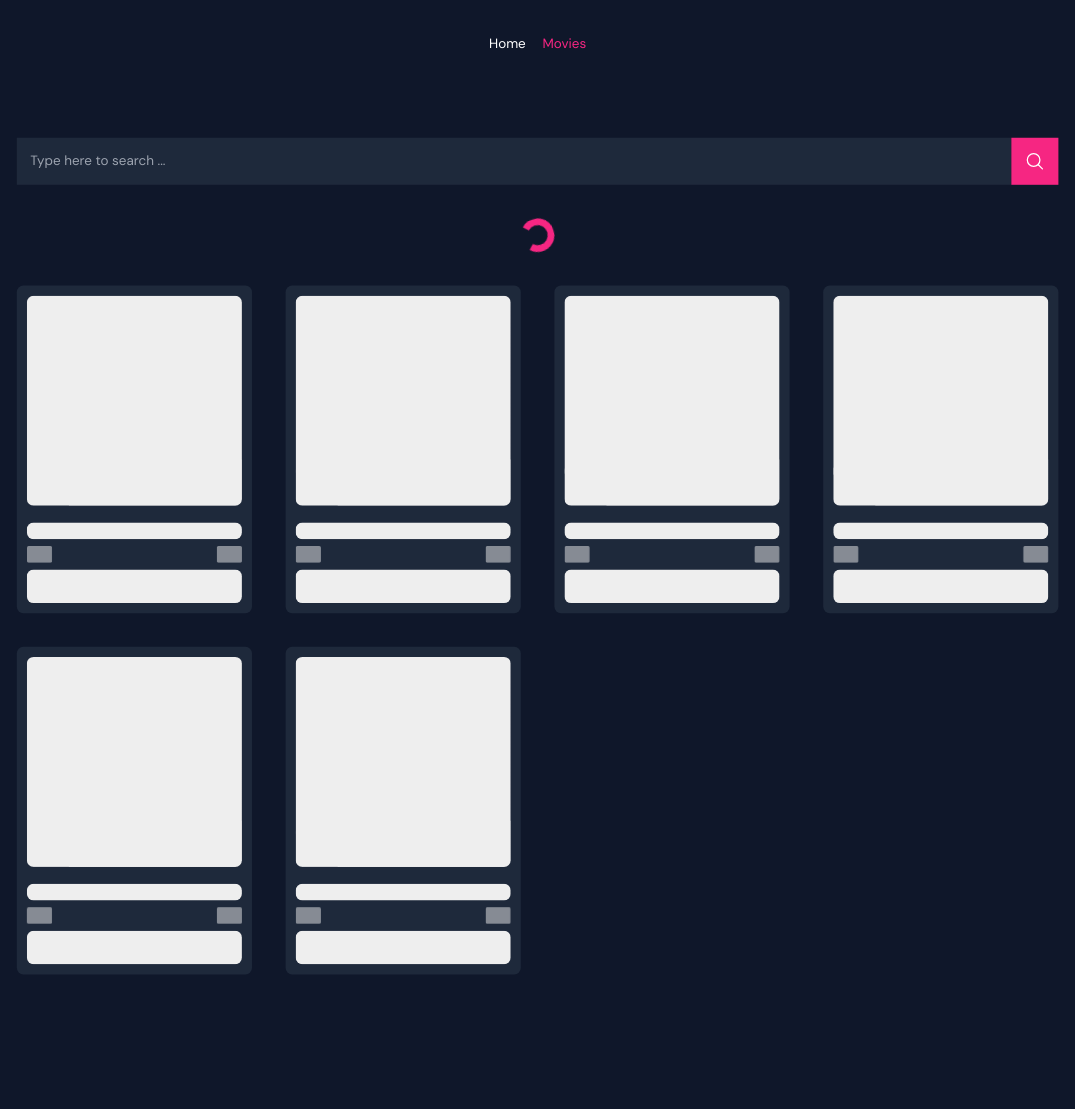
Repository: thanhdinh01/simple-movie
Page: /movies
An editor plug-in stored every save of this project. The page is shown before and after the next save, followed by the edit.
The browser window is 1280 px wide. The pictures show the whole page, at 84% of full size.
The page's requests for data from a server got no answer. The project was rebuilt for these pictures with package versions that can differ from the ones it lists, and the page was loaded fresh each time. No one was signed in, and anything a server would have sent is missing. Also part of the build but not shown: src/components/button/Button.js, src/components/banner/Banner.js.

Above is the page before, as saved 2023-03-09 10:28:36.

After the next save:
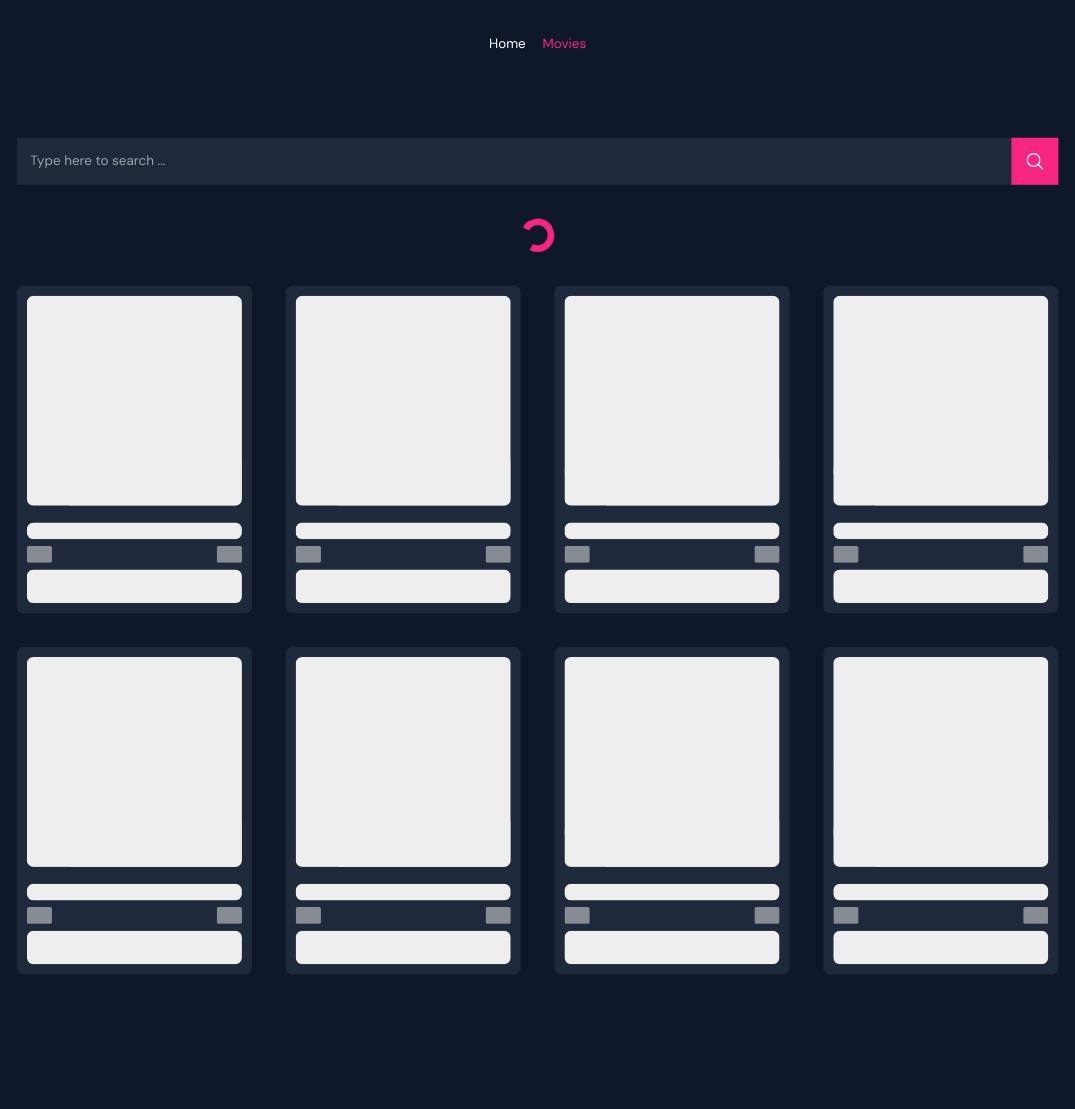
Saved 10 s later.
--- a/src/pages/MoviePage.js
+++ b/src/pages/MoviePage.js
@@ -100,7 +100,7 @@ const MoviePage = () => {
         <>
           <div className="flex justify-center items-center mx-auto h-10 w-10 rounded-full border-8 border-primary border-t-transparent animate-spin"></div>
           <div className="grid grid-cols-4 gap-10 text-white mt-10">
-            {new Array(6).fill(0).map((item, index) => (
+            {new Array(8).fill(0).map((item, index) => (
               <SkeletonLoading key={index}></SkeletonLoading>
             ))}
           </div>
